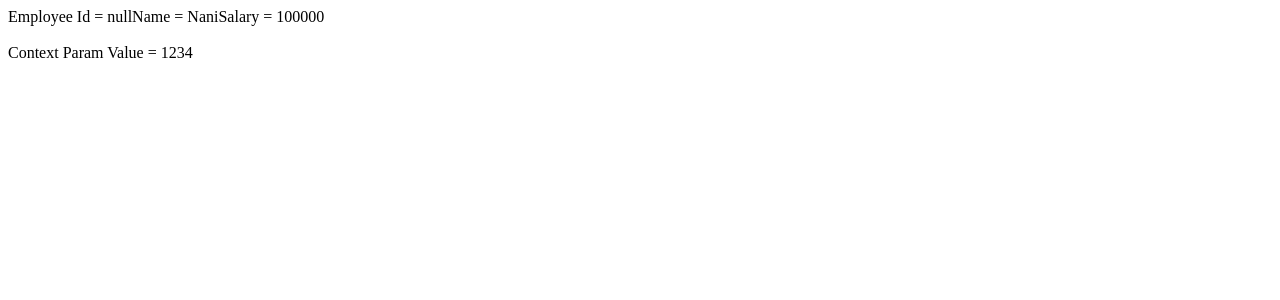
Repository: MamathaManchala/TY_CG_HTD_BangloreNovember_JFS_MamathaManchala
Page: http://localhost/mywebapp/GetEmp
These files come from the project's save history. The page is drawn as it stood at one moment and after the next save; the edit follows.
The browser window is 1280 px wide. The pictures show the whole page.
The page is served by Tomcat 9. Other server files are loaded and not shown.

Above is the page before, as saved 2019-12-16 07:50:10.

### BackEnd/servelets/mywebapp/src/main/java/com/capgemini/mywebapp/servelets/GetEmployeeServlet.java
package com.capgemini.mywebapp.servelets;

import java.io.IOException;
import java.io.PrintWriter;

import javax.servlet.ServletConfig;
import javax.servlet.ServletContext;
import javax.servlet.ServletException;
import javax.servlet.http.HttpServlet;
import javax.servlet.http.HttpServletRequest;
import javax.servlet.http.HttpServletResponse;

public class GetEmployeeServlet extends HttpServlet{

	@Override
	protected void doGet(HttpServletRequest req, HttpServletResponse resp) throws ServletException, IOException {


		//Get the Query String
		String idVal = req.getParameter("id");

	//Get the context param

		//ServletContext context = getServletContext();
		ServletContext context = req.getServletContext();
		String contextParamVal=context.getInitParameter("myContextParam");


		//Get Config Param

				ServletConfig config = getServletConfig();
				String configParamVal=config.getInitParameter("myConfigParam");



		resp.setContentType("text/html");
		PrintWriter out = resp.getWriter();
		out.print("<html>");
		out.print("<body>");
		out.print("Employee Id = " + idVal);
		out.print("Name = Nani");
		out.print("Salary = 100000");
		out.println("<br><br>Context Param Value = "+ contextParamVal);
		out.print("</body>");
		out.print("</html>");

	}//End of doGet
}//ENd Off Class

After the next save:
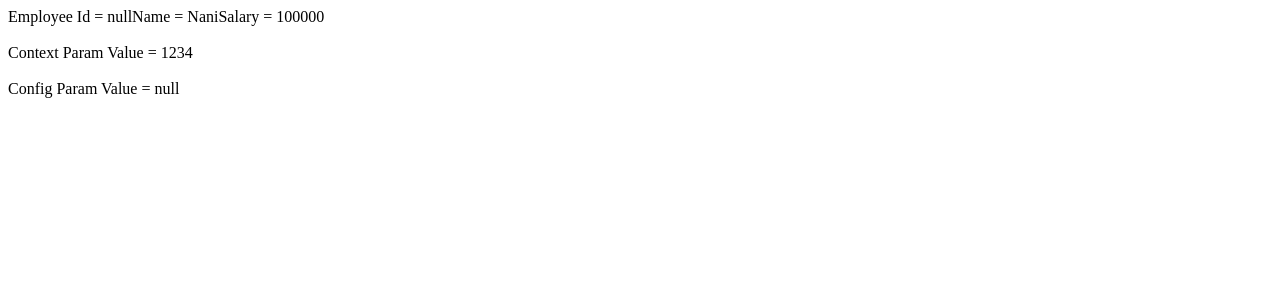
Saved 16 s later.
--- a/BackEnd/servelets/mywebapp/src/main/java/com/capgemini/mywebapp/servelets/GetEmployeeServlet.java
+++ b/BackEnd/servelets/mywebapp/src/main/java/com/capgemini/mywebapp/servelets/GetEmployeeServlet.java
@@ -41,6 +41,7 @@ public class GetEmployeeServlet extends HttpServlet{
 		out.print("Name = Nani");
 		out.print("Salary = 100000");
 		out.println("<br><br>Context Param Value = "+ contextParamVal);
+		out.println("<br><br>Config Param Value = "+ configParamVal);
 		out.print("</body>");
 		out.print("</html>");
 
